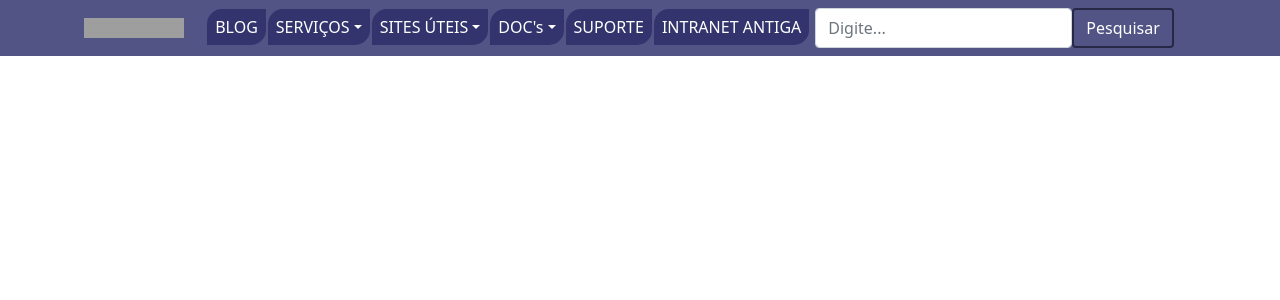
Repository: Leandromarim/INTRANET_PARTICULAR
Page: header.html
These files come from the project's save history. The page is drawn as it stood at one moment and after the next save; the edit follows.
The browser window is 1280 px wide. The pictures show the whole page.
Pictures or frames that could not be fetched are drawn as grey boxes.

Above is the page before, as saved 2021-12-14 11:02:03.

After the next save:
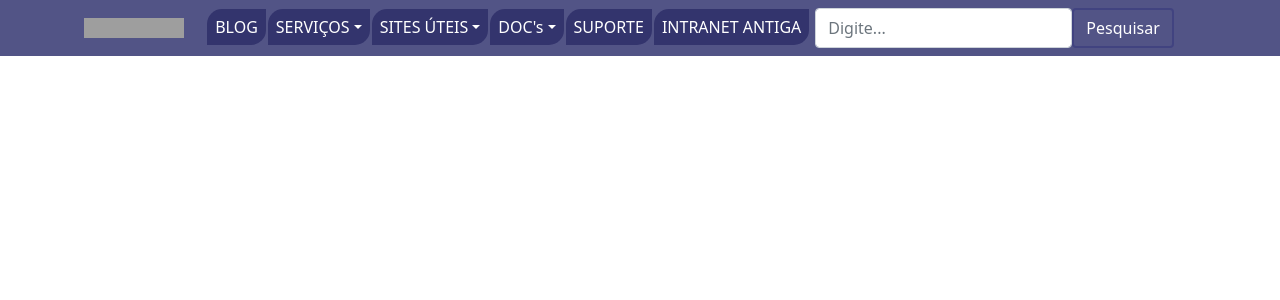
Saved 7 s later.
--- a/assets/css/header.css
+++ b/assets/css/header.css
@@ -79,7 +79,7 @@ nav ul li a {
 button.button-pesquisar{
     background-color: #525486;
     color: #fff;
-    border: 2px solid #272846;
+    border: 2px solid #414380;
 }
 
 button.button-pesquisar:hover{
